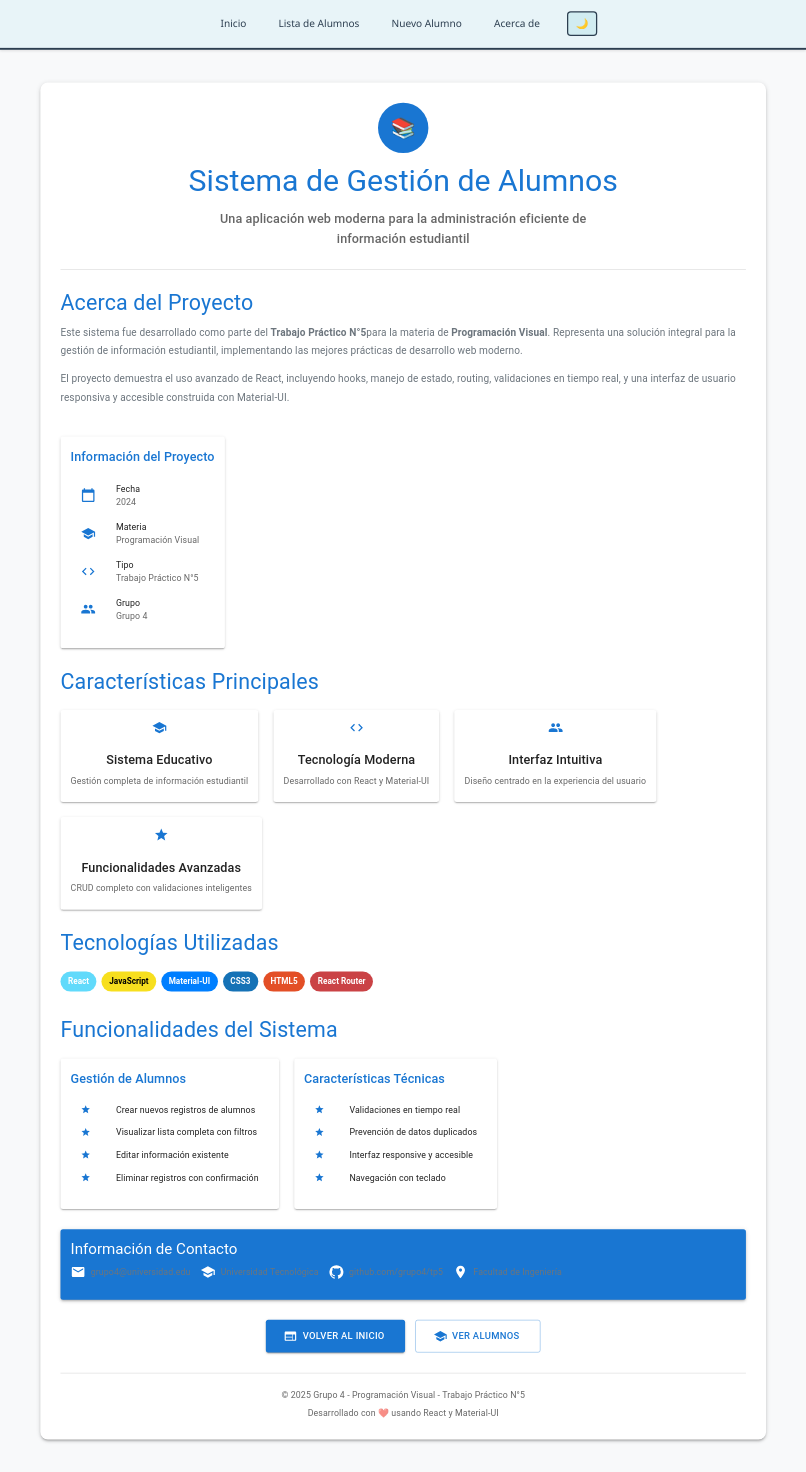
Repository: EduardTr48/pv_tp5_grupo4
Page: /acerca-de
An editor plug-in stored every save of this project. The page is shown before and after the next save, followed by the edit.
The browser window is 1280 px wide. The pictures show the whole page, at 63% of full size.
The project was rebuilt for these pictures with package versions that can differ from the ones it lists, and the page was loaded fresh each time. Also part of the build but not shown: vite.config.js, src/components/ListaAlumnos.jsx, src/components/DetalleAlumno.jsx, src/components/EliminarAlumno.jsx, src/components/AgregarAlumno.jsx, src/components/EditarAlumno.jsx.

Above is the page before, as saved 2025-06-06 01:02:17.

After the next save:
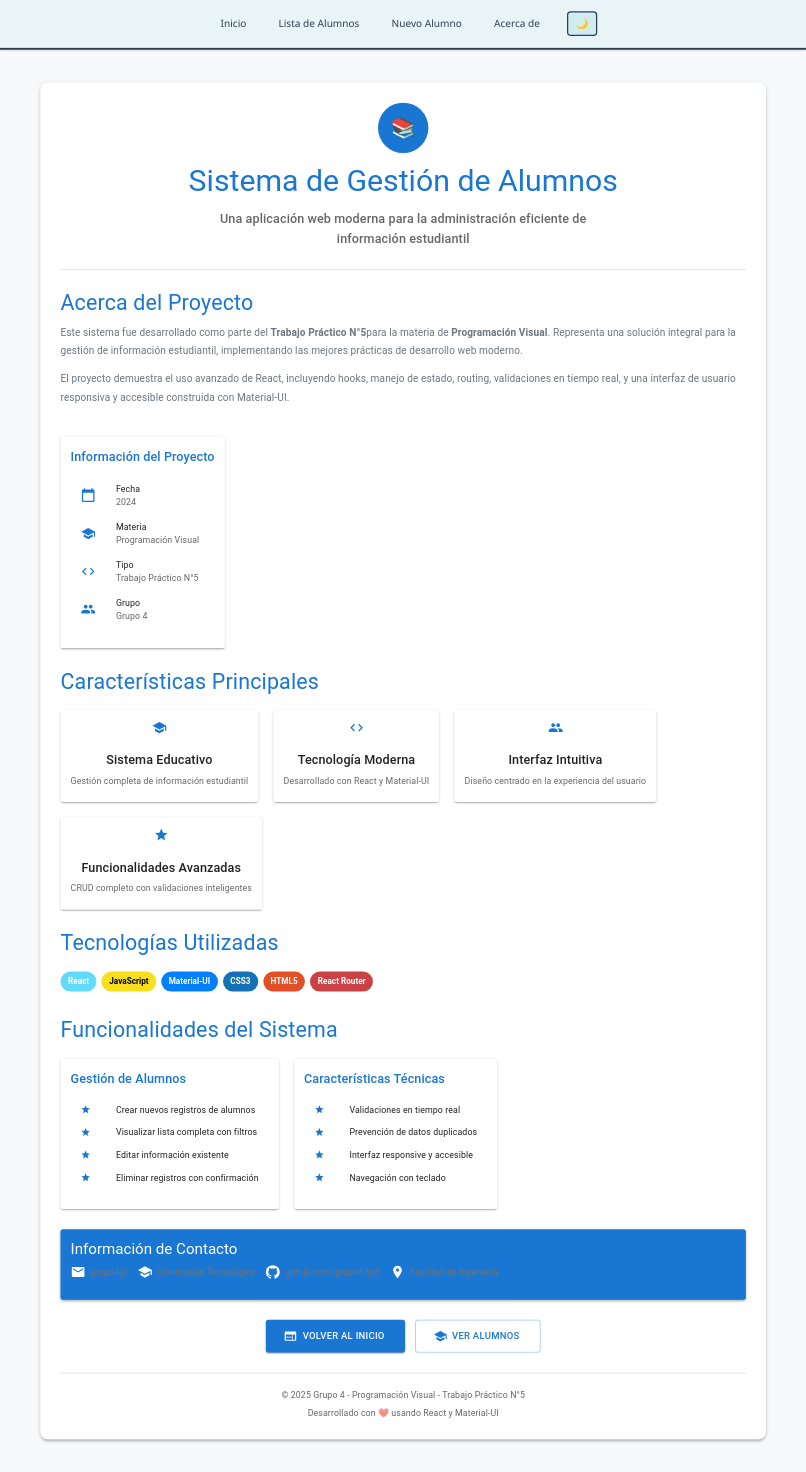
Saved 21 s later.
--- a/src/components/AcercaDe.jsx
+++ b/src/components/AcercaDe.jsx
@@ -295,7 +295,7 @@ const AcercaDe = () => {
                 <Box display="flex" alignItems="center" mb={1}>
                   <EmailIcon sx={{ mr: 1 }} />
                   <Typography variant="body2">
-                    grupo4@universidad.edu
+                    grupo4@
                   </Typography>
                 </Box>
               </Grid>
